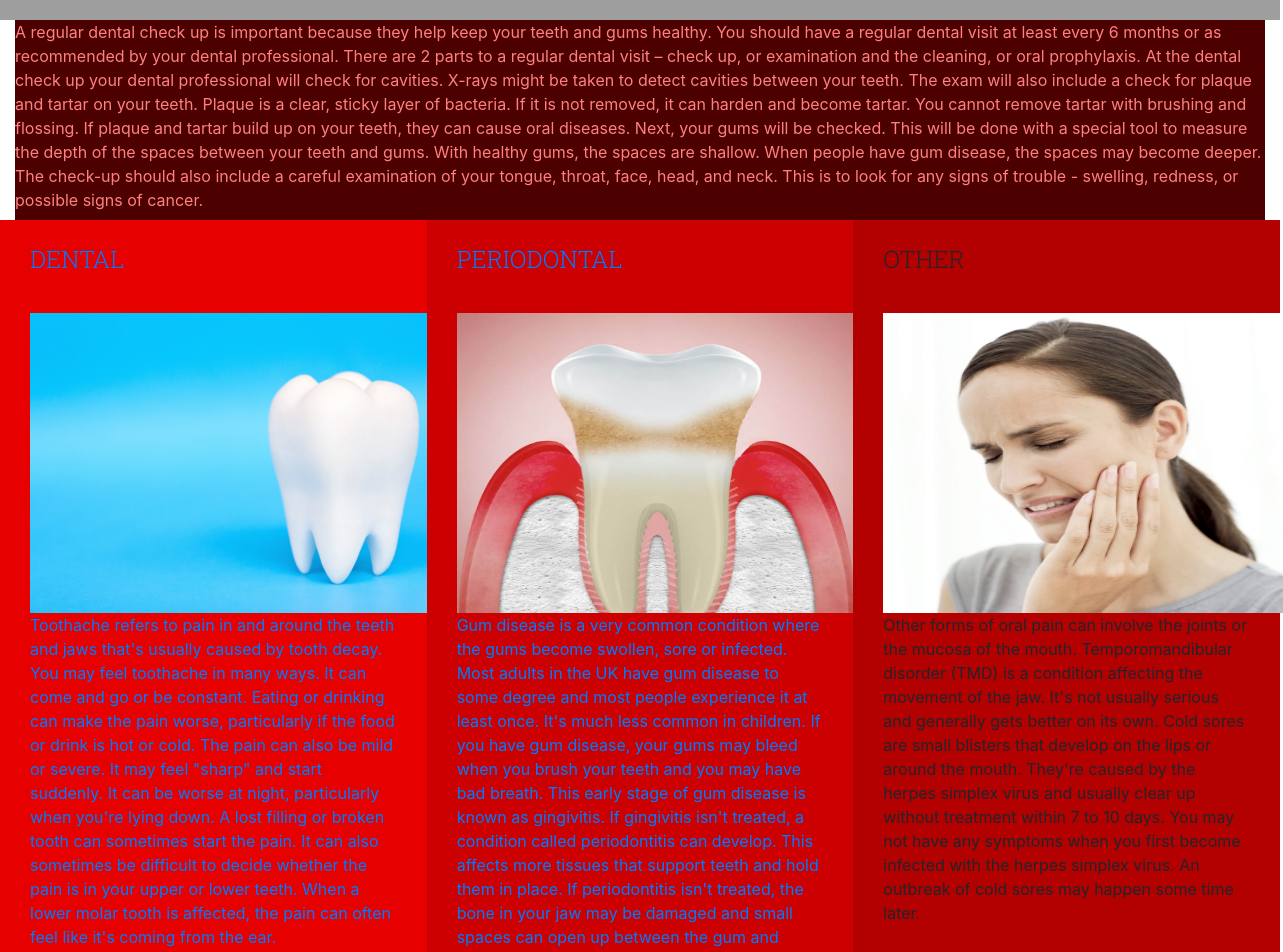
Repository: Code-Institute-Submissions/Rajjabbal-milestone-project
Page: index.html
The author's editor kept a record of every edit. The page is drawn from the files as they stood at one moment, then again after the next edit.
The browser window is 1280 px wide. The page is 1283 px wide, so the pictures cover 1283 px, including what lies to the right of the window. The pictures show the part of the page from y = 867 to 1819 px (the page is 2426 px tall).
Pictures or frames that could not be fetched are drawn as grey boxes. Some web libraries are served in a nearby version.

Above is the page before.

### index.html
<!DOCTYPE html>
<html lang="en">

<head>
    <meta charset="UTF-8">
    <meta name="viewport" content="width=device-width, initial-scale=1.0">
    <meta http-equiv="X-UA-Compatible" content="ie=edge">
    <link rel="stylesheet" href="https://stackpath.bootstrapcdn.com/bootstrap/4.2.1/css/bootstrap.min.css" type="text/css" />
    <link rel="stylesheet" href="https://stackpath.bootstrapcdn.com/font-awesome/4.7.0/css/font-awesome.min.css" type="text/css" />
    <link rel="stylesheet" href="assets/css/style.css" type="text/css" />
    <link rel="stylesheet" href="https://cdnjs.cloudflare.com/ajax/libs/hover.css/2.3.1/css/hover-min.css" type="text/css" />
    <title>Milestone Project 1</title>
</head>

<body>
    <header>
        <div class="row no-gutters">
            <div class="col-md-12">
                <ul id="nav" class="list-inline menucontainer">
                    <li class="col-sm-2 ui-menu-color-home list-inline-item menuitem">
                        <a href="index.html" class="hvr-sweep-to-bottom"><i class="fa fa-home" aria-hidden="true"></i><span>Home</span>
                        </a>
                    </li>
                    <li class="col-sm-2 ui-menu-color-dental list-inline-item menuitem">
                        <a href="1dental.html" class="hvr-sweep-to-bottom"><i class="fa fa-apple" aria-hidden="true"></i><span>Dental Treatment</span>
                        </a>
                    </li>
                    <li class="col-sm-2 ui-menu-color-periodontal list-inline-item menuitem">
                        <a href="2periodontal.html" class="hvr-sweep-to-bottom"><i class="fa fa-ambulance" aria-hidden="true"></i><span>Periodontal Treatment</span>
                        </a>
                    </li>
                    <li class="col-sm-2 ui-menu-color-other list-inline-item menuitem">
                        <a href="3other.html" class="hvr-sweep-to-bottom"><i class="fa fa-heart" aria-hidden="true"></i><span>Other Treatment</span>
                        </a>
                    </li>
                    <li class="col-sm-4 ui-menu-color-contact list-inline-item menuitem">
                        <a href="4contact.html" class="hvr-sweep-to-bottom"><i class="fa fa-envelope-square" aria-hidden="true"></i><span>Contact Cephtactics!</span>
                        </a>
                    </li>
                </ul>
            </div>
        </div>
        <div class="row no-gutters">
            <a href="index.html" class="col-md-12 logo"></a>
        </div>
        <div class="row no-gutters bg-color-question">
            <div class="col-md-12 question">
                <p> What dental symptoms do you have?</p>
            </div>
        </div>
        <div class="col-md-12 picture">
        </div>

    </header>

    <section class="container-fluid">
        <div class="blurb">
            <p>A regular dental check up is important because they help keep your teeth and gums healthy. You should have a regular dental visit at least every 6 months or as recommended by your dental professional. There are 2 parts to a regular dental
                visit – check up, or examination and the cleaning, or oral prophylaxis. At the dental check up your dental professional will check for cavities. X-rays might be taken to detect cavities between your teeth. The exam will also include a
                check for plaque and tartar on your teeth. Plaque is a clear, sticky layer of bacteria. If it is not removed, it can harden and become tartar. You cannot remove tartar with brushing and flossing. If plaque and tartar build up on your teeth,
                they can cause oral diseases. Next, your gums will be checked. This will be done with a special tool to measure the depth of the spaces between your teeth and gums. With healthy gums, the spaces are shallow. When people have gum disease,
                the spaces may become deeper. The check-up should also include a careful examination of your tongue, throat, face, head, and neck. This is to look for any signs of trouble - swelling, redness, or possible signs of cancer.
            </p>
        </div>

        <div class="row">
            <div class="col-md-4 bg-color-dental section-column">
                <a href="1dental.html">
                    <h4 class="section-heading uppercase">DENTAL</h4>
                    <img src="./assets/images/index1.jpg" alt="Italian Trulli" style="width:400px; height:300px;">
                    <p class="inline-block">Toothache refers to pain in and around the teeth and jaws that's usually caused by tooth decay. You may feel toothache in many ways. It can come and go or be constant. Eating or drinking can make the pain worse, particularly if the
                        food or drink is hot or cold. The pain can also be mild or severe. It may feel "sharp" and start suddenly. It can be worse at night, particularly when you're lying down. A lost filling or broken tooth can sometimes start the pain.
                        It can also sometimes be difficult to decide whether the pain is in your upper or lower teeth. When a lower molar tooth is affected, the pain can often feel like it's coming from the ear.</p>
                </a>
            </div>
            <div class="col-md-4 bg-color-periodontal section-column">
                <a href="2periodontal.html">
                    <h4 class="section-heading uppercase">PERIODONTAL</h4>
                    <img src="./assets/images/index2.jpg" alt="Italian Trulli" style="width:400px; height:300px;">
                    <p class="inline-block">Gum disease is a very common condition where the gums become swollen, sore or infected. Most adults in the UK have gum disease to some degree and most people experience it at least once. It's much less common in children. If you have
                        gum disease, your gums may bleed when you brush your teeth and you may have bad breath. This early stage of gum disease is known as gingivitis. If gingivitis isn't treated, a condition called periodontitis can develop. This affects
                        more tissues that support teeth and hold them in place. If periodontitis isn't treated, the bone in your jaw may be damaged and small spaces can open up between the gum and teeth. Your teeth can become loose and may eventually
                        fall out.</p>
                </a>
            </div>
            <div class="col-md-4 bg-color-other section-column">
                <h4 class="section-heading uppercase">OTHER</h4>
                <img src="./assets/images/index3.jpg" alt="Italian Trulli" style="width:400px; height:300px;">
                <p class="inline-block">Other forms of oral pain can involve the joints or the mucosa of the mouth. Temporomandibular disorder (TMD) is a condition affecting the movement of the jaw. It's not usually serious and generally gets better on its own. Cold sores are
                    small blisters that develop on the lips or around the mouth. They're caused by the herpes simplex virus and usually clear up without treatment within 7 to 10 days. You may not have any symptoms when you first become infected with the
                    herpes simplex virus. An outbreak of cold sores may happen some time later.</p>
            </div>
        </div>

    </section>

    <footer class="container-fluid">
        <div class="row">
            <div class="col-sm-4">
                <h5 class="uppercase general-sub">About</h5>
                <div class="cephtactics">
                    <img src="./assets/images/CEP-Logo DENTAL.png" alt="Italian Trulli" style="width:400px; height:100px;">
                </div>
                <p class="inline-block">
                    Cephtactics is a private dental and orthodontic training and research group based in London. Our specialised software programs in dentistry help the public learn more about dental health in every which way! The Dental Diagnosis program will give some
                    insight in the problems and severity of the symptoms and the importance of getting assistance. Our other aims are to provide training in orthodontics to dentists with interest in short term techniques in the current market. We also
                    endeavour to hone skills of those already practising in both fixed and removable orthodontics.
                </p>
            </div>
            <div class="col-sm-4">
                <h5 class="uppercase general-sub">Downloads</h5>
                <div class="download-pic">
                    <img src="./assets/images/Download.jpg" alt="Italian Trulli" style="width:100px; height:100px;">
                </div>
                <h4 class="download">Here are some downloads you may find interesting!
                </h4>
                <ul class="inline-block">
                    <li>
                        <a href="https://view.publitas.com/british-orthodontic-society/orthotreatmentfebruary2019/page/1" target="_blank" class="link1">
                        <span>Orthodontics.</span>
                    </a>
                    </li>
                    <li>
                        <a href="https://view.publitas.com/british-orthodontic-society/oralhealthmarch2019/page/1" target="_blank" class="link2">
                        <span>How to keep your teeth clean.</span>
                    </a>
                    </li>
                    <li>
                        <a href="https://view.publitas.com/british-orthodontic-society/mouthguardsmarch2019/page/1" target="_blank" class="link3">
                        <span>Sports Mouthguards.</span>
                    </a>
                    </li>
                    <li>
                        <a href="https://view.publitas.com/british-orthodontic-society/food-and-drinkmarch2019/page/1" target="_blank" class="link4">
                        <span>Tooth healthy food and drink.</span>
                    </a>
                    </li>
                    <li>
                        <a href="https://view.publitas.com/british-orthodontic-society/digitsmarch2019/page/1" target="_blank" class="link5">
                        <span>Thumb Sucking.</span>
                    </a>
                    </li>
                </ul>
            </div>
            <div class="col-sm-4">
                <h5 class="uppercase general-sub">Social Media</h5>
                <ul class="list-inline social-links">
                    <li class="list-inline-item">
                        <a target="_blank" href="#">
                            <i class="fa fa-facebook" aria-hidden="true"></i>
                            <span class="sr-only">Facebook</span>
                        </a>
                    </li>
                    <li class="list-inline-item">
                        <a target="_blank" href="#">
                            <i class="fa fa-twitter" aria-hidden="true"></i>
                            <span class="sr-only">Twitter</span>
                        </a>
                    </li>
                    <li class="list-inline-item">
                        <a target="_blank" href="#">
                            <i class="fa fa-linkedin" aria-hidden="true"></i>
                            <span class="sr-only">Linkedin</span>
                        </a>
                    </li>
                    <li class="list-inline-item">
                        <a target="_blank" href="#">
                            <i class="fa fa-pinterest" aria-hidden="true"></i>
                            <span class="sr-only">Pinterest</span>
                        </a>
                    </li>
                    <li class="list-inline-item">
                        <a target="_blank" href="#">
                            <i class="fa fa-instagram" aria-hidden="true"></i>
                            <span class="sr-only">Instagram</span>
                        </a>
                    </li>
                </ul>
                <p class="inline-block">The contents of the Cephtactics Site, such as text, graphics, images, and other materials created by Cephtactics or obtained from Cephtactics licensors, and other materials contained on the Cephtactics Site (collectively, "Content") are
                    for informational purposes only. The Content is not intended to be a substitute for professional dental advice, diagnosis, or treatment. Always seek the advice of your physician or other qualified health provider with any questions
                    you may have regarding a dental condition. Never disregard professional dental advice or delay in seeking it because of something you have read on the Cephtactics Site!</p>
            </div>

        </div>

    </footer>

</body>

</html>

### assets/css/style.css
@import url('https://fonts.googleapis.com/css?family=Roboto+Slab:100,200,300,400,500,600,700');

/*-----colors-----*/

.bg-color-question {
    background-color: #FFC300;

}

.ui-menu-color-home {
    background-color: RGB(88, 24, 69);
}

.ui-menu-color-dental {
    background-color: RGB(144, 12, 63);
}

.ui-menu-color-periodontal {
    background-color: RGB(199, 0, 57);
}

.ui-menu-color-contact {
    background-color: RGB(255, 87, 51);
}

.ui-menu-color-statement {
    background-color: RGB(23, 32, 42);
}

.bg-color-dental {
    background-color: #e60000;
}
.bg-color-periodontal {
    background-color: #cc0000;
}
.bg-color-other {
    background-color: #b30000;
}

/*-----Special paddings/margins/text-----*/

h1,
h2,
h3,
h4 {
    margin: 0;
}

.uppercase {
    text-transform: uppercase;

}

.general-sub {
    font-family: "Roboto Slab", sans-serif;
    font-weight: 300;
    color: #fafafa;
}

.inline-block {
    display: inline-block;
}

.row-table {
    display: table;
}

.section-column {
    display: table-cell;
    padding: 0 30px 30px;
    float: none;
}

.section-heading {
    font-family: "Roboto Slab", sans-serif;
    font-weight: 300;
    margin-top: 25px;
    margin-bottom: 40px;
}

/*-----heading-----*/

header {
    margin: 0px;
}

.list-inline-item:not(:last-child) {
    max-height: 80px;

}

.menucontainer {
    font-size: 0;

}

#nav {
    margin: 0;
}

#nav li {
    font-size: 14px;
    font-family: "Roboto Slab", sans-serif;
    color: #DAF7A6;
    padding: 0;
}

.menuitem {
    height: 80px;
    text-align: center;
}

.menuitem a {
    width: 100%;
    text-decoration: none;
    color: #fff;
}

.menuitem a i {
    padding-top: 20px;
    display: block;
    color: #fafafa;
}

.menuitem span {
    display: block;
    width: 100%;
    padding-top: 5px;
    text-align: center;
    text-transform: uppercase;
    font-size: 14px;
    font-weight: 300;
    letter-spacing: 2px;
}

.logo {
    background: url("../images/CEP-Logo DENTAL.png");
    background-position: center;
    background-repeat: no-repeat;
    background-size: 1400px;
    min-height: 400px;
    padding: 0px;
    transition: all .5s ease-in-out;
    -moz-transition: all .5s ease-in-out;
    -webkit-transition: all .5s ease-in-out;
}

.picture {
    background: url("../images/BK.jpg");
    background-position: center;
    background-repeat: no-repeat;
    background-size: cover;
    min-height: 240px;
    transition: all .5s ease-in-out;
    -moz-transition: .5s ease-in-out;
    -webkit-transition: .5s ease-in-out;
}

.question {
    font-family: "Roboto Slab", sans-serif;
    font-weight: 500;
    font-size: 40px;
    margin: 0px;
    color: #ffffff;
    text-align: center;
}

/*-----hover.css-----*/

.hvr-sweep-to-bottom:before {
    background: rgba(0, 0, 0, 1);
    height: 80px;
}

/*-----section-----*/

.blurb {
    background-color: #4d0000;
    min-height: 200px;
    padding: 0;
    color: #ff8080;
}




/*-----footer-----*/

footer {
    background-color: #525252;
    color: #fafafa;
    min-height: 180px;
    margin: 0;
}

.social-links {
    padding: 50px;
}

.social-links li a i {
    width: 40px;
    height: 40px;
    padding: 12px 0;
    border-radius: 50%;
    font-size: 20px;
    line-height: 7px;
    text-align: center;
    color: #fafafa;
    background: #8f8f8f;
    transition: all 0.35s ease-in-out;
    -moz-transition: all 0.35s ease-in-out;
    -webkit-transition: all 0.35s ease-in-out;
    -o-transition: all 0.35s ease-in-out;
}

.social-links li a i:hover {
    background: #e84610;
}

#footer-details {
    padding: 20px;
}

After the next edit:
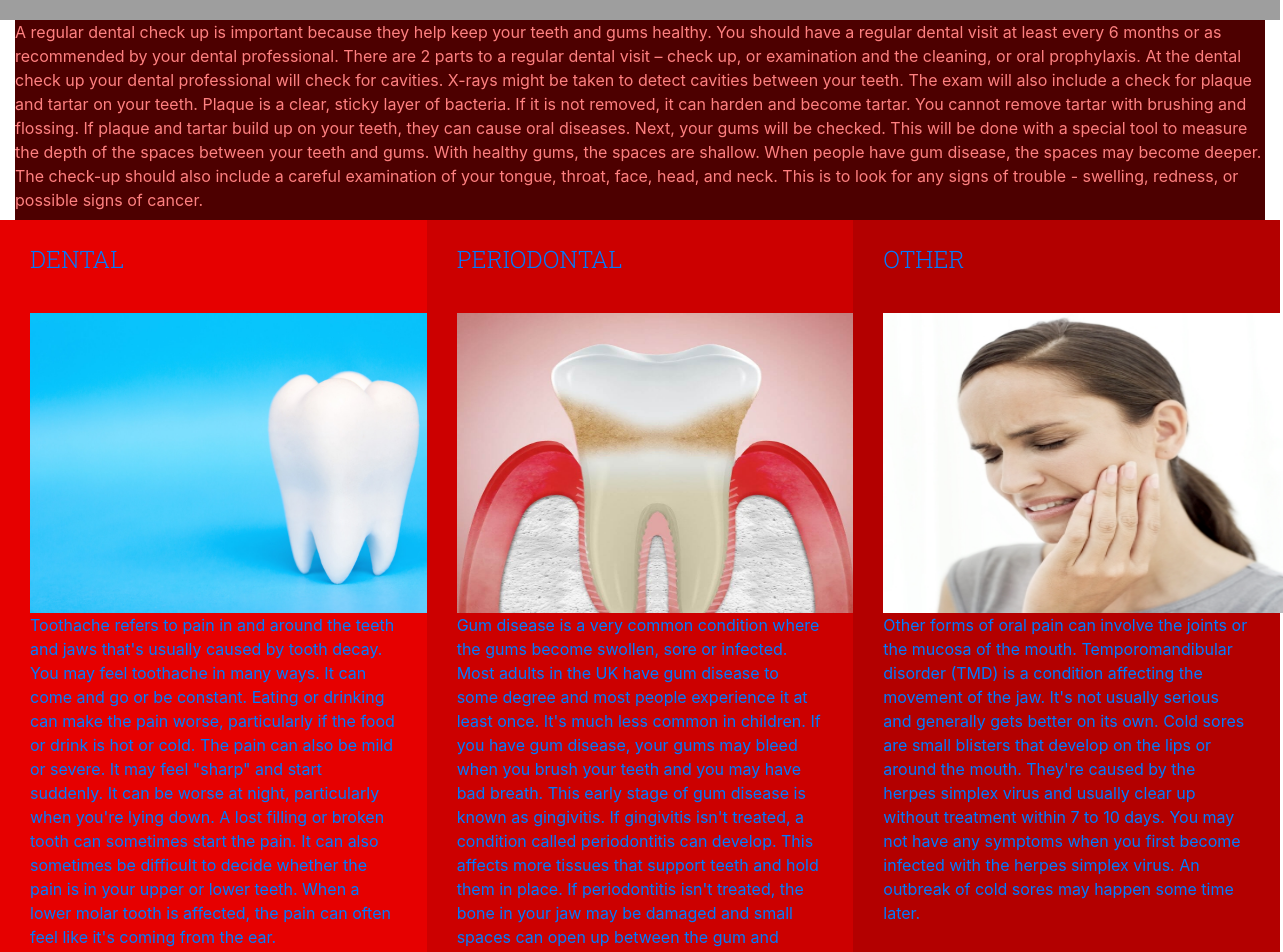
The edit:
--- a/index.html
+++ b/index.html
@@ -84,11 +84,13 @@
                 </a>
             </div>
             <div class="col-md-4 bg-color-other section-column">
-                <h4 class="section-heading uppercase">OTHER</h4>
-                <img src="./assets/images/index3.jpg" alt="Italian Trulli" style="width:400px; height:300px;">
-                <p class="inline-block">Other forms of oral pain can involve the joints or the mucosa of the mouth. Temporomandibular disorder (TMD) is a condition affecting the movement of the jaw. It's not usually serious and generally gets better on its own. Cold sores are
-                    small blisters that develop on the lips or around the mouth. They're caused by the herpes simplex virus and usually clear up without treatment within 7 to 10 days. You may not have any symptoms when you first become infected with the
-                    herpes simplex virus. An outbreak of cold sores may happen some time later.</p>
+                <a href="3other.html">
+                    <h4 class="section-heading uppercase">OTHER</h4>
+                    <img src="./assets/images/index3.jpg" alt="Italian Trulli" style="width:400px; height:300px;">
+                    <p class="inline-block">Other forms of oral pain can involve the joints or the mucosa of the mouth. Temporomandibular disorder (TMD) is a condition affecting the movement of the jaw. It's not usually serious and generally gets better on its own. Cold sores
+                        are small blisters that develop on the lips or around the mouth. They're caused by the herpes simplex virus and usually clear up without treatment within 7 to 10 days. You may not have any symptoms when you first become infected
+                        with the herpes simplex virus. An outbreak of cold sores may happen some time later.</p>
+                </a>
             </div>
         </div>
 
